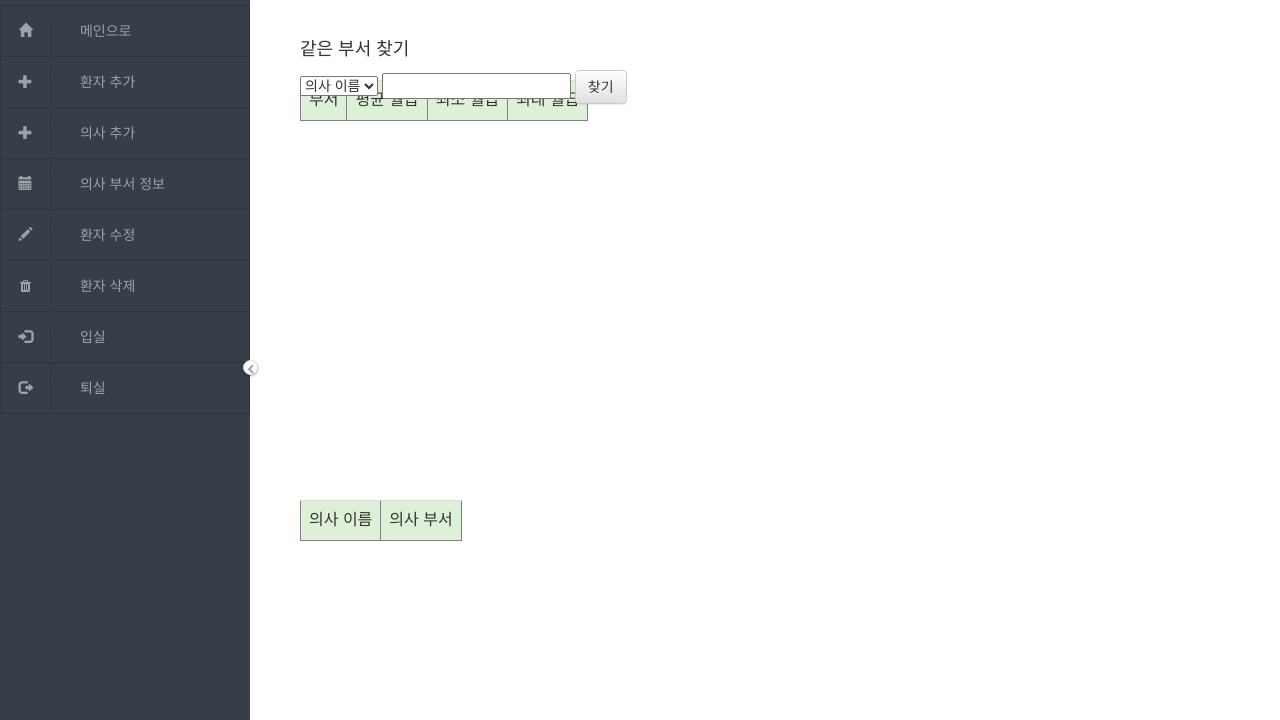
Repository: qaws1134/Hospital_manager
Page: http://localhost/project/D_clsif.jsp
An editor plug-in stored every save of this project. The page is shown before and after the next save, followed by the edit.
The browser window is 1280 px wide. The pictures show the whole page.
Some web libraries are served in a nearby version. The page is served by Tomcat 9. Other server files are loaded and not shown. The template is opened directly, without the code that normally fills it, so the values that code supplies are empty.

Above is the page before, as saved 2017-12-10 10:29:37.
Console error (its wording comes from the project's code and is left out).

### project/WebContent/D_clsif.jsp
<%@ page language="java" contentType="text/html; charset=UTF-8"
    pageEncoding="UTF-8"%>
<%@ taglib uri="http://java.sun.com/jsp/jstl/core" prefix="c" %>

<html lang="kr">
	<head>

	<meta http-equiv="Content-Type" content="text/html" charset="UTF-8">
	<title>http://www.blueb.co.kr</title>
<link rel="stylesheet" href="http://netdna.bootstrapcdn.com/font-awesome/4.3.0/css/font-awesome.min.css">
<!-- 합쳐지고 최소화된 최신 CSS -->
<link rel="stylesheet" href="https://maxcdn.bootstrapcdn.com/bootstrap/3.3.2/css/bootstrap.min.css">
<!-- 부가적인 테마 -->
<link rel="stylesheet" href="https://maxcdn.bootstrapcdn.com/bootstrap/3.3.2/css/bootstrap-theme.min.css">

<!-- 합쳐지고 최소화된 최신 자바스크립트 -->
<script src="https://maxcdn.bootstrapcdn.com/bootstrap/3.3.2/js/bootstrap.min.js"></script>

<style type="text/css">
input[type="checkbox"]#menu_state {
  display: none;
}
input[type="checkbox"]:checked ~ nav {
  width: 250px;
}
input[type="checkbox"]:checked ~ nav label[for="menu_state"] i::before {
  content: "\f053";
}
input[type="checkbox"]:checked ~ nav ul {
  width: 100%;
}
input[type="checkbox"]:checked ~ nav ul li a i {
  border-right: 1px solid #2f343e;
}
input[type="checkbox"]:checked ~ nav ul li a span {
  opacity: 1;
  transition: opacity 0.25s ease-in-out;
}
input[type="checkbox"]:checked ~ main {
  left: 250px;
}
nav {
  position: fixed;
  z-index: 9;
  top: 0;
  left: 0;
  bottom: 0;
  background: #383e49;
  color: #9aa3a8;
  width: 50px;
  font-family: 'Montserrat', sans-serif;
  font-weight: lighter;
  transition: all 0.15s ease-in-out;
}
nav label[for="menu_state"] i {
  cursor: pointer;
  position: absolute;
  top: 50%;
  right: -8px;
  box-shadow: 0 1px 3px rgba(0,0,0,0.12), 0 1px 2px rgba(0,0,0,0.24);
  background: #fff;
  font-size: 10px;
  display: flex;
  justify-content: center;
  align-items: center;
  height: 15px;
  width: 15px;
  border-radius: 50%;
  border: 1px solid #ddd;
  transition: width 0.15s ease-in-out;
  z-index: 1;
}
nav label[for="menu_state"] i::before {
  margin-top: 2px;
  content: "\f054";
}
nav label[for="menu_state"] i:hover {
  box-shadow: 0 10px 20px rgba(0,0,0,0.19), 0 6px 6px rgba(0,0,0,0.23);
}
nav ul {
  overflow: hidden;
  display: block;
  width: 50px;
  list-style-type: none;
  padding: 0;
  margin: 0;
}
nav ul li {
  border: 1px solid #2f343e;
  position: relative;
}
nav ul li.unread:after {
  content: attr(data-content);
  position: absolute;
  top: 10px;
  left: 25px;
  display: flex;
  justify-content: center;
  align-items: center;
  width: 15px;
  height: 15px;
  border-radius: 50%;
  color: #fff;
  background: #ef5952;
  font-size: 8px;
}
nav ul li:not(:last-child) {
  border-bottom: none;
}
nav ul li.active a {
  background: #4c515d;
  color: #fff;
}
nav ul li a {
  position: relative;
  display: block;
  white-space: nowrap;
  text-decoration: none;
  color: #9aa3a8;
  height: 50px;
  width: 100%;
  transition: all 0.15s ease-in-out;
}
nav ul li a:hover {
  background: #4c515d;
  color: #fff;
}
nav ul li a * {
  height: 100%;
  display: inline-block;
}
nav ul li a i {
  text-align: center;
  width: 50px;
  z-index: 999999;
}
nav ul li a i.fa {
  line-height: 50px;
}
nav ul li a span {
  padding-left: 25px;
  opacity: 0;
  line-height: 50px;
  transition: opacity 0.1s ease-in-out;
}

</style>
</head>

<body>
<input type="checkbox" id="menu_state" checked>
<nav>
	<label for="menu_state"><i class="fa"></i></label>
	<ul>
    <li>
      <a href="main.do">
        <i class="glyphicon glyphicon-home"></i>
        <span>메인으로</span>   <!--환자 대기 목록,병실 목록 및 현황-->
      </a>
    </li>
		<li>
			<a href="P_addui.do">
				<i class="glyphicon glyphicon-plus"></i>
				<span>환자 추가</span>
			</a>
		</li>
		<li>
			<a href="D_addui.do">
				<i class="glyphicon glyphicon-plus"></i>
				<span>의사 추가</span>
			</a>
		</li>

		<li>
			<a href="D_clsif.do">
				<i class="glyphicon glyphicon-calendar"></i>
				<span>의사 부서 정보</span>
			</a>
		</li>

		<li>
			<a href="cristal.do">
				<i class="glyphicon glyphicon-pencil"></i>
				<span>환자 수정</span>
			</a>
		</li>
		<li>
			<a href="delsel.do">
				<i class="fa fa-trash"></i>
				<span>환자 삭제</span>
			</a>
		</li>
      <li>
      <a href="insel.do">
        <i class="glyphicon glyphicon-log-in"></i>
        <span>입실</span>
      </a>
    </li>
        <li>
      <a href="javascript:void(0)">
        <i class="glyphicon glyphicon-log-out"></i>
        <span>퇴실</span>
      </a>
    </li>
	</ul>
</nav>

<section style="position:absolute; top:80px;left:300px">
      <table border="1" class="table table-striped">
      	<tr class="success">
      		<td>부서</td>
      		<td>평균 월급</td>
      		<td>최소 월급</td>
      		<td>최대 월급</td>
      	</tr>
      	<c:forEach items="${D_clsif}" var="dto">
	      	<tr>
	      		<td>${dto.d_CLS}</td>
	      		<td>${dto.AVGCOST}</td>
	      		<td>${dto.MAXCOST}</td>
	      		<td>${dto.MINCOST}</td>
	      	</tr>
		</c:forEach>

      </table>
</section>

<section style="position:absolute; top:30px;left:300px">
<h4>같은 부서 찾기</h4>
<form action="D_search.do">
	<select name ="searchName"size ="1">
		<option value="d_name">의사 이름</option>
	</select>
	<input type="text" name="searchValue"  >
	<input type="submit"  value="찾기" class="btn btn-default">
</form>
</section>

<section style="position:absolute; top:500px;left:300px">
      <table border="1" class="table table-striped">
      	<tr class="success">
      		<td>의사 이름</td>
      		<td>의사 부서</td>
      	</tr>
      	<c:forEach items="${D_search}" var="dto">
	      	<tr>
	      		<td>${dto.d_NAME}</td>
	      		<td>${dto.d_CLS}</td>
	      	</tr>
		</c:forEach>

      </table>
</section>


<!-- 내과 부서에 속해있는 의사가 담당하는 병실들 -->

<!-- 내과
<section style="position:absolute; top:380px;left:300px">
      <table border="1">

      	<tr>
      		<td>의사</td>
      		<td>병실</td>
      	</tr>
      	<c:forEach items="${D_clshnea}" var="dto">
	      	<tr>
	      		<td>${dto.d_NUM}</td>
	      		<td>${dto.h_NUM}</td>
	      	</tr>
		</c:forEach>
      </table>
</section>
<!-- 외과
<section style="position:absolute; top:380px;left:500px">
      <table border="1">

      	<tr>
      		<td>의사</td>
      		<td>병실</td>
      	</tr>
      	<c:forEach items="${D_clshwhy}" var="dto">
	      	<tr>
	      		<td>${dto.d_NUM}</td>
	      		<td>${dto.h_NUM}</td>
	      	</tr>
		</c:forEach>
      </table>
</section>
<!-- 안과
<section style="position:absolute; top:380px;left:700px">
      <table border="1">

      	<tr>
      		<td>의사</td>
      		<td>병실</td>
      	</tr>
      	<c:forEach items="${D_clseye}" var="dto">
	      	<tr>
	      		<td>${dto.d_NUM}</td>
	      		<td>${dto.h_NUM}</td>
	      	</tr>
		</c:forEach>
      </table>
</section>
<!-- 피부과
<section style="position:absolute; top:380px;left:900px">
      <table border="1">

      	<tr>
      		<td>의사</td>
      		<td>병실</td>
      	</tr>
      	<c:forEach items="${D_clshskn}" var="dto">
	      	<tr>
	      		<td>${dto.d_NUM}</td>
	      		<td>${dto.h_NUM}</td>
	      	</tr>
		</c:forEach>
      </table>
</section>
-->
</body>
</html>

After the next save:
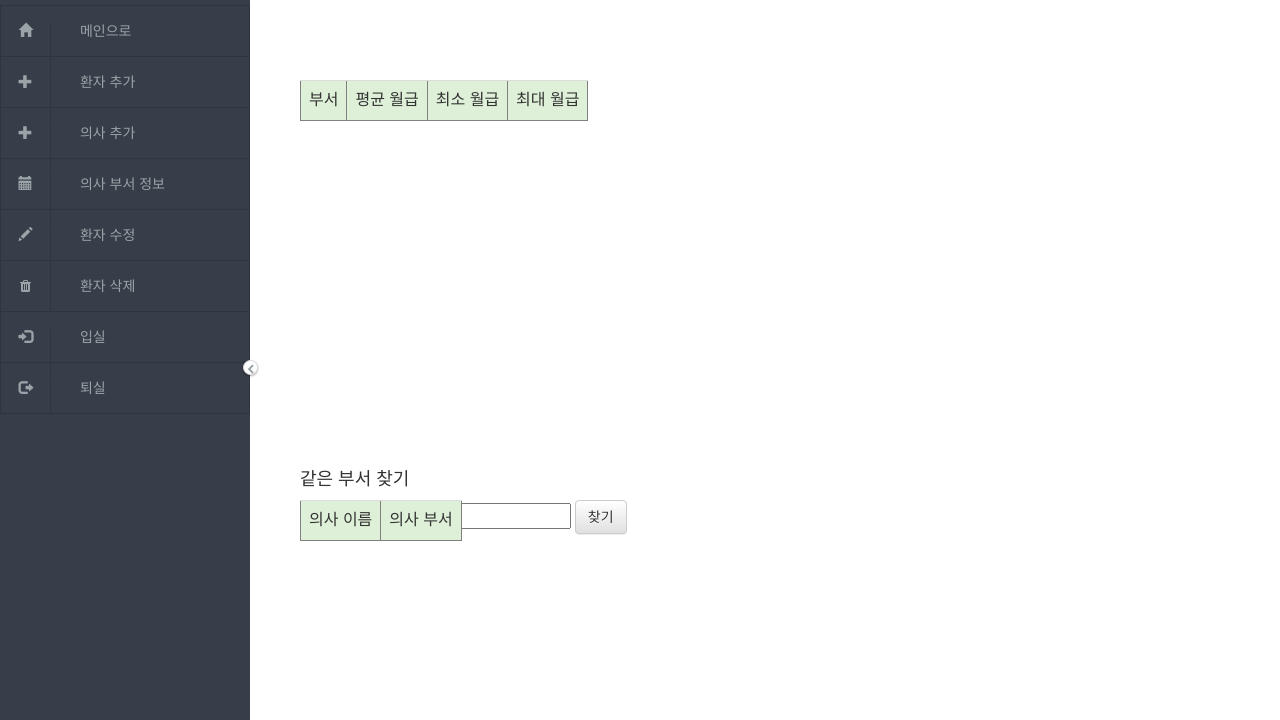
Saved 35 s later.
--- a/project/WebContent/D_clsif.jsp
+++ b/project/WebContent/D_clsif.jsp
@@ -225,7 +225,7 @@ nav ul li a span {
       </table>
 </section>
 
-<section style="position:absolute; top:30px;left:300px">
+<section style="position:absolute; top:460px;left:300px">
 <h4>같은 부서 찾기</h4>
 <form action="D_search.do">
 	<select name ="searchName"size ="1">
